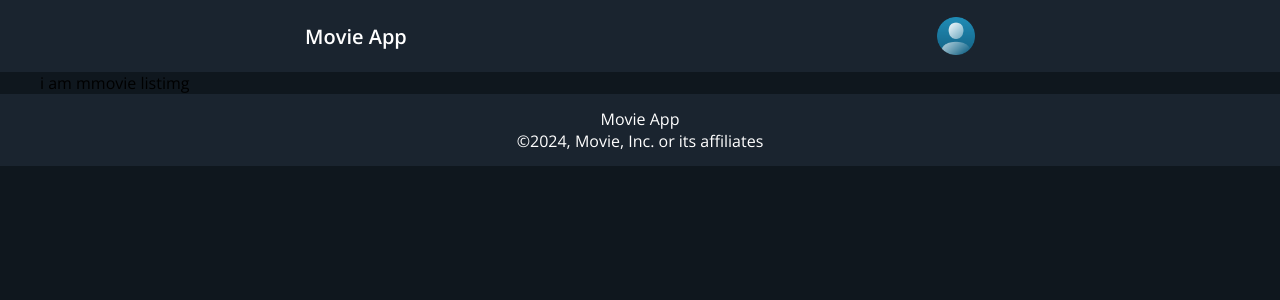
Repository: mahsa199170/React-Redux-Projects
Page: / (app in redux-toolkit-movie-app/)
These files come from the project's save history. The page is drawn as it stood at one moment and after the next save; the edit follows.
The browser window is 1280 px wide. The pictures show the whole page.
The page's requests for data from a server got no answer. Some web libraries are served in a nearby version. The project was rebuilt for these pictures with package versions that can differ from the ones it lists, and the page was loaded fresh each time. No one was signed in, and anything a server would have sent is missing. Also part of the build but not shown: redux-toolkit-movie-app/src/components/movieDetails/MovieDetails.scss, redux-toolkit-movie-app/src/components/movieDetails/MovieDetails.js, redux-toolkit-movie-app/src/components/pageNotFound/PageNotFound.js.

Above is the page before, as saved 2024-11-04 14:10:48.

### redux-toolkit-movie-app/public/index.html
<!DOCTYPE html>
<html lang="en">
  <head>
    <meta charset="utf-8" />
    <link rel="icon" href="%PUBLIC_URL%/favicon.ico" />
    <meta name="viewport" content="width=device-width, initial-scale=1" />
    <meta name="theme-color" content="#000000" />
    <meta
      name="description"
      content="Web site created using create-react-app"
    />
    <link rel="apple-touch-icon" href="%PUBLIC_URL%/logo192.png" />
    <link rel="preconnect" href="https://fonts.googleapis.com" />
    <link rel="preconnect" href="https://fonts.gstatic.com" crossorigin />
    <link
      href="https://fonts.googleapis.com/css2?family=Open+Sans:wght@300;400;600;700&display=swap"
      rel="stylesheet"
    />
    <link
      rel="stylesheet"
      href="https://pro.fontawesome.com/releases/v5.10.0/css/all.css"
      integrity="sha384-AYmEC3Yw5cVb3ZcuHtOA93w35dYTsvhLPVnYs9eStHfGJvOvKxVfELGroGkvsg+p"
      crossorigin="anonymous"
    />

    <title>React App</title>
  </head>
  <body>
    <noscript>You need to enable JavaScript to run this app.</noscript>
    <div id="root"></div>
  </body>
</html>

### redux-toolkit-movie-app/src/index.js
import React from 'react';
import ReactDOM from 'react-dom/client';
import './index.css';
import App from './App';
import { Provider } from 'react-redux';
import store from './features/store';

const root = ReactDOM.createRoot(document.getElementById('root'));
root.render(
  <React.StrictMode>
    <Provider store={store}>
      <App />
    </Provider>
  </React.StrictMode>
);

### redux-toolkit-movie-app/src/App.js
import './App.scss';
import { Route, Routes, BrowserRouter } from 'react-router-dom';
import Home from './components/home/Home';
import MovieDetails from './components/movieDetails/MovieDetails';
import PageNotFound from './components/pageNotFound/PageNotFound';
import Header from './components/header/Header';
import Footer from './components/footer/Footer';

function App() {
  return (
    <div className="app">
      <BrowserRouter>
        <Header />
        <div className="container">
          <Routes>
            <Route path="/" element={<Home />} />
            <Route path="/movie/:imdbID" element={<MovieDetails />} />
            <Route path="/page-not-found" element={<PageNotFound />} />
          </Routes>
        </div>
        <Footer />
      </BrowserRouter>
    </div>
  );
}

export default App;

### redux-toolkit-movie-app/src/features/store.js
import { configureStore, combineReducers } from '@reduxjs/toolkit';
import movieReducer from './movieSlice';

const rootReducer = combineReducers({
  movie: movieReducer,
});

const store = configureStore({
  reducer: rootReducer,
});

export default store;

### redux-toolkit-movie-app/src/App.scss
@import '../src/common/colors.scss';

* {
  margin: 0;
  padding: 0;
  box-sizing: border-box;
  font-family: 'Open Sans', sans-serif;
}
a {
  text-decoration: none;
}

body {
  background: $primary-color;
}
.container {
  margin: 0px 40px;
}

### redux-toolkit-movie-app/src/components/home/Home.js
import React from 'react';
import './Home.scss';
import Movielisting from '../movieListing/Movielisting';

const Home = () => {
  return (
    <div>
      <div className="banner-img">
        <Movielisting />
      </div>
    </div>
  );
};

export default Home;

### redux-toolkit-movie-app/src/components/header/Header.js
import React from 'react';
import './Header.scss';
import { Link } from 'react-router-dom';
import user from '../../images/user.png';
import notFound from '../../images/pnf.jpg';

const Header = () => {
  return (
    <div className="header">
      <Link to="/">
        <div className="logo">Movie App</div>
      </Link>
      <div className="user-image">
        <img src={user} alt="user" />
      </div>
    </div>
  );
};

export default Header;

### redux-toolkit-movie-app/src/components/footer/Footer.js
import React from 'react';
import './Footer.scss';

const Footer = () => {
  return (
    <div className="footer">
      <div>Movie App</div>
      <div>©2024, Movie, Inc. or its affiliates</div>
    </div>
  );
};

export default Footer;

### redux-toolkit-movie-app/src/features/movieSlice.js
import { createAsyncThunk, createSlice } from '@reduxjs/toolkit';
import { apiKey } from '../common/apis/movieApiKey';
import apiInstance from '../common/apis/movieApi';

const initialState = {
  movies: [],
};

const movieSlice = createSlice({
  name: 'movie',
  initialState,
  reducers: {},
  extraReducers: (builder) => {
    builder.addCase(fetchMovies.pending, (state) => {
      state.isLoading = true;
    });
    builder.addCase(fetchMovies.fulfilled, (state, action) => {
      state.isLoading = false;
      console.log(action.payload);
      state.movies = action.payload;
    });
    builder.addCase(fetchMovies.rejected, (state, action) => {
      state.isLoading = false;
      state.error = action.error.message;
    });
  },
});

export const {} = movieSlice.actions;
export const movieSelector = (state) => state.movie.movies;
export default movieSlice.reducer;

export const fetchMovies = createAsyncThunk('movies/get', async () => {
  const res = await apiInstance.get(
    'http://www.omdbapi.com/?i=tt3896198&apikey=7414f5'
  );
  return res.data;
});

### redux-toolkit-movie-app/src/components/movieListing/Movielisting.js
import React, { useEffect } from 'react';
import { useDispatch, useSelector } from 'react-redux';
import { fetchMovies, movieSelector } from '../../features/movieSlice';

const Movielisting = () => {
  const movies = useSelector(movieSelector);
  const dispatch = useDispatch();

  useEffect(() => {
    dispatch(fetchMovies());
  }, [dispatch]);
  return <div>i am mmovie listimg</div>;
};

export default Movielisting;

### redux-toolkit-movie-app/src/components/header/Header.scss
@import '../../common/colors.scss';

.header {
  background-color: $secondary-color;
  height: 72px;
  padding: 0px 40px;
  display: flex;
  align-items: center;
  justify-content: space-around;
}

.logo {
  color: $font-primary;
  font-size: 20px;
  font-weight: 600;
}

.user-image,
.user-image img {
  width: 38px;
  height: 38px;
}

### redux-toolkit-movie-app/src/components/footer/Footer.scss
@import '../../common/colors.scss';
.footer {
  background: $secondary-color;
  height: 72px;
  display: flex;
  justify-content: center;
  align-items: center;
  color: $font-primary;
  flex-direction: column;
}

### redux-toolkit-movie-app/src/common/apis/movieApiKey.js
export const apiKey = '7414f5';

// http://www.omdbapi.com/?i=tt3896198&apikey=7414f5

### redux-toolkit-movie-app/src/common/apis/movieApi.js
import axios from 'axios';

export default axios.create({
  baseURL: 'https://www.omdbapi.com/',
});

Loaded but not shown: redux-toolkit-movie-app/src/index.css (common file); redux-toolkit-movie-app/src/common/colors.scss (common file); redux-toolkit-movie-app/src/components/home/Home.scss (no stored copy; drawn as an empty file); redux-toolkit-movie-app/src/components/pageNotFound/PageNotFound.scss (no stored copy; drawn as an empty file)

After the next save:
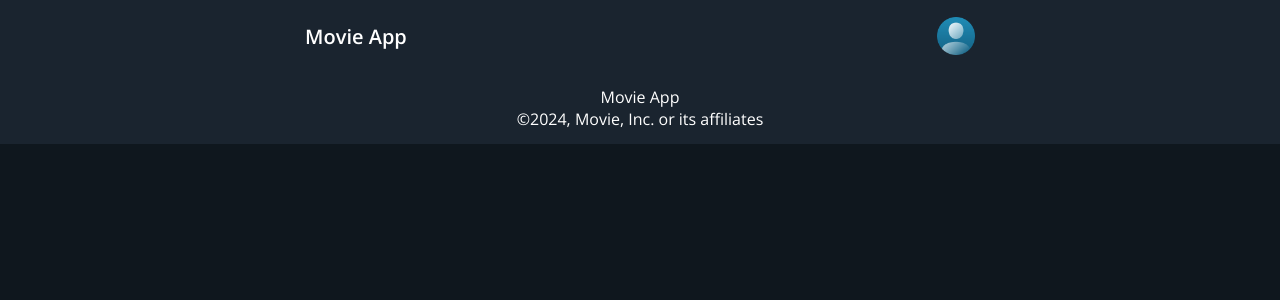
Saved 2 min 5 s later.
--- a/redux-toolkit-movie-app/src/components/movieListing/Movielisting.js
+++ b/redux-toolkit-movie-app/src/components/movieListing/Movielisting.js
@@ -9,7 +9,20 @@ const Movielisting = () => {
   useEffect(() => {
     dispatch(fetchMovies());
   }, [dispatch]);
-  return <div>i am mmovie listimg</div>;
+  return (
+    <div>
+      {movies.map((movie) => {
+        const { imdbID, Actors, Language } = movie;
+
+        return (
+          <div key={imdbID}>
+            <p>Actirs are : {Actors}</p>
+            <p>Lnaguage: {Language}</p>
+          </div>
+        );
+      })}
+    </div>
+  );
 };
 
 export default Movielisting;
